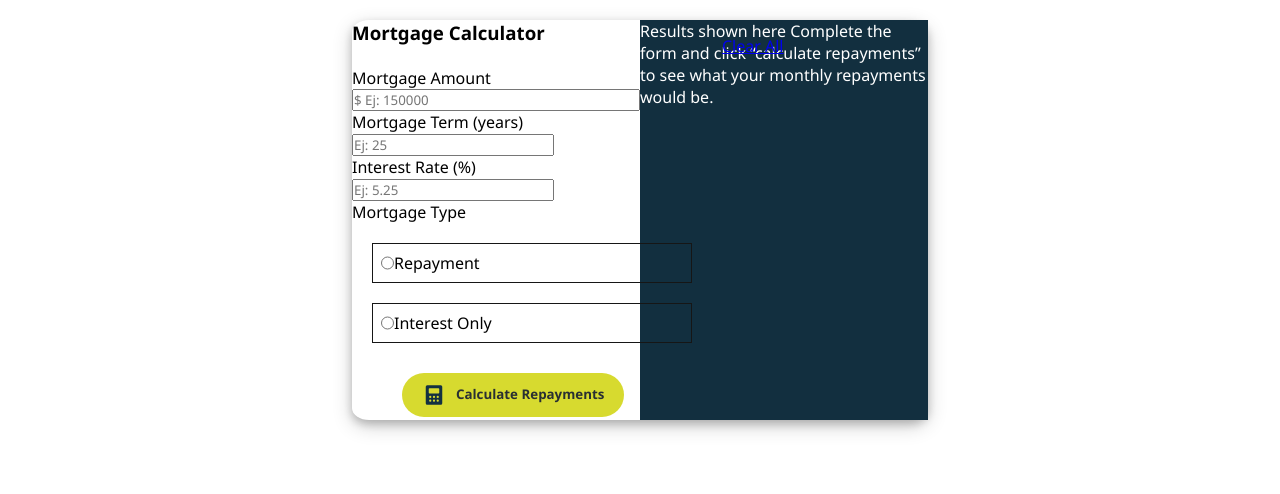
Repository: GravielPV/Mortgage-repayment-calculator
Page: index.html
The author's editor kept a copy of each file at every save. The page is drawn from the files as they stood at one save, then again after a run of saves.
The browser window is 1280 px wide. The pictures show the whole page.

Above is the page before, as saved 2025-12-11 17:31:33.

After the next 2 saves:
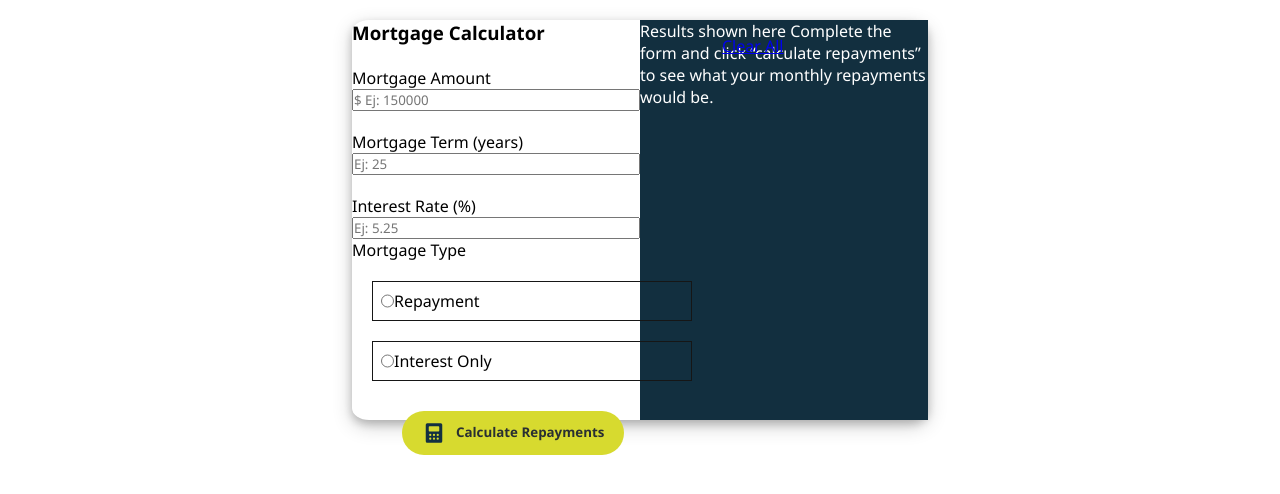
The 2 saves are shown as one change because they came seconds apart.
The last was saved 3 s later.
--- a/styles.css
+++ b/styles.css
@@ -88,3 +88,9 @@ a{
         flex-direction: column;
 
     }
+    .campo1{
+        display: flex;
+        flex-direction: column;
+        margin-top: 20px;
+
+    }

After the save that followed:
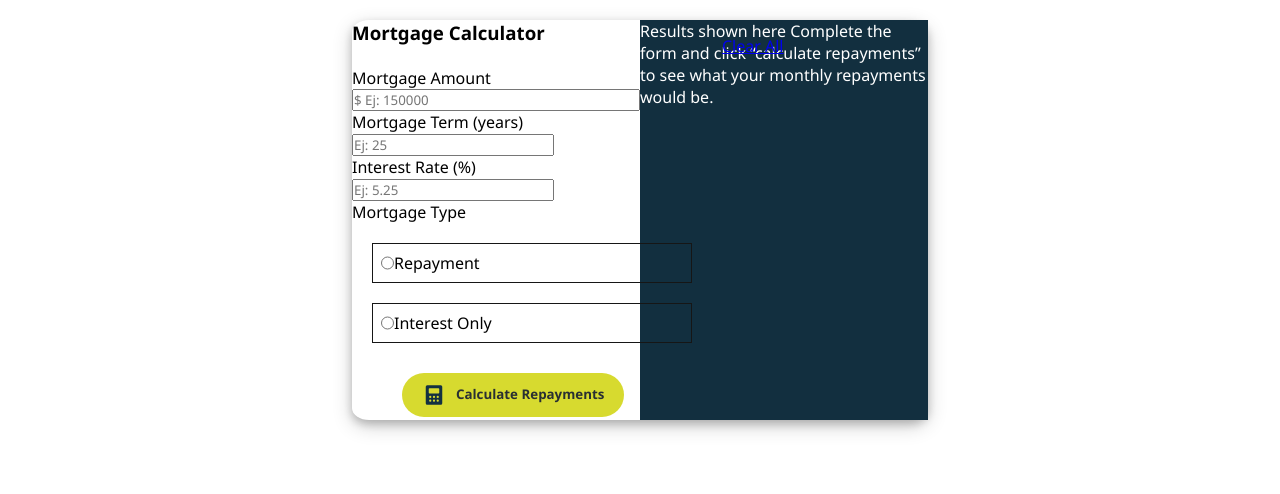
Saved 7 s later.
--- a/styles.css
+++ b/styles.css
@@ -89,8 +89,6 @@ a{
 
     }
     .campo1{
-        display: flex;
-        flex-direction: column;
-        margin-top: 20px;
+
 
     }
